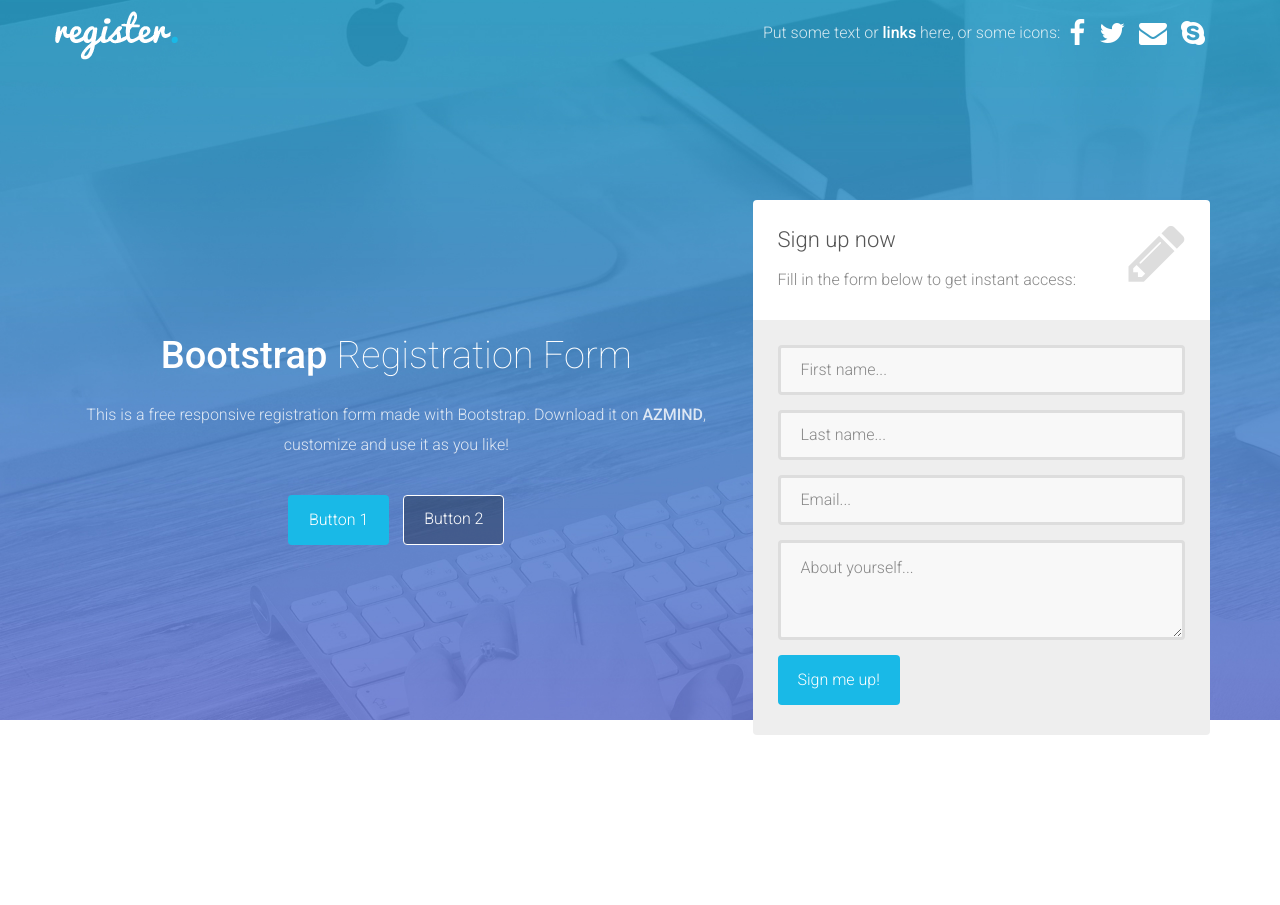
Repository: sunjunzhou/JDBC
Page: FirstWebProject/WebContent/index.html
These files come from the project's save history. The page is drawn as it stood at one moment and after the next save; the edit follows.
The browser window is 1280 px wide. The pictures show the whole page.

Above is the page before, as saved 2018-06-28 06:40:43.

### FirstWebProject/WebContent/index.html
<!DOCTYPE html>
<html lang="en">

    <head>

        <meta charset="utf-8">
        <meta http-equiv="X-UA-Compatible" content="IE=edge">
        <meta name="viewport" content="width=device-width, initial-scale=1">
        <title>Bootstrap Registration Form Template</title>

        <!-- CSS -->
        <link rel="stylesheet" href="http://fonts.googleapis.com/css?family=Roboto:400,100,300,500">
        <link rel="stylesheet" href="assets/bootstrap/css/bootstrap.min.css">
        <link rel="stylesheet" href="assets/font-awesome/css/font-awesome.min.css">
		<link rel="stylesheet" href="assets/css/form-elements.css">
        <link rel="stylesheet" href="assets/css/style.css">

        <!-- HTML5 Shim and Respond.js IE8 support of HTML5 elements and media queries -->
        <!-- WARNING: Respond.js doesn't work if you view the page via file:// -->
        <!--[if lt IE 9]>
            <script src="https://oss.maxcdn.com/libs/html5shiv/3.7.0/html5shiv.js"></script>
            <script src="https://oss.maxcdn.com/libs/respond.js/1.4.2/respond.min.js"></script>
        <![endif]-->

        <!-- Favicon and touch icons -->
        <link rel="shortcut icon" href="assets/ico/favicon.png">
        <link rel="apple-touch-icon-precomposed" sizes="144x144" href="assets/ico/apple-touch-icon-144-precomposed.png">
        <link rel="apple-touch-icon-precomposed" sizes="114x114" href="assets/ico/apple-touch-icon-114-precomposed.png">
        <link rel="apple-touch-icon-precomposed" sizes="72x72" href="assets/ico/apple-touch-icon-72-precomposed.png">
        <link rel="apple-touch-icon-precomposed" href="assets/ico/apple-touch-icon-57-precomposed.png">

    </head>

    <body>

		<!-- Top menu -->
		<nav class="navbar navbar-inverse navbar-no-bg" role="navigation">
			<div class="container">
				<div class="navbar-header">
					<button type="button" class="navbar-toggle collapsed" data-toggle="collapse" data-target="#top-navbar-1">
						<span class="sr-only">Toggle navigation</span>
						<span class="icon-bar"></span>
						<span class="icon-bar"></span>
						<span class="icon-bar"></span>
					</button>
					<a class="navbar-brand" href="index.html">Bootstrap Registration Form Template</a>
				</div>
				<!-- Collect the nav links, forms, and other content for toggling -->
				<div class="collapse navbar-collapse" id="top-navbar-1">
					<ul class="nav navbar-nav navbar-right">
						<li>
							<span class="li-text">
								Put some text or
							</span>
							<a href="#"><strong>links</strong></a>
							<span class="li-text">
								here, or some icons:
							</span>
							<span class="li-social">
								<a href="#"><i class="fa fa-facebook"></i></a>
								<a href="#"><i class="fa fa-twitter"></i></a>
								<a href="#"><i class="fa fa-envelope"></i></a>
								<a href="#"><i class="fa fa-skype"></i></a>
							</span>
						</li>
					</ul>
				</div>
			</div>
		</nav>

        <!-- Top content -->
        <div class="top-content">

            <div class="inner-bg">
                <div class="container">
                    <div class="row">
                        <div class="col-sm-7 text">
                            <h1><strong>Bootstrap</strong> Registration Form</h1>
                            <div class="description">
                            	<p>
	                            	This is a free responsive registration form made with Bootstrap.
	                            	Download it on <a href="#"><strong>AZMIND</strong></a>, customize and use it as you like!
                            	</p>
                            </div>
                            <div class="top-big-link">
                            	<a class="btn btn-link-1" href="#">Button 1</a>
                            	<a class="btn btn-link-2" href="#">Button 2</a>
                            </div>
                        </div>
                        <div class="col-sm-5 form-box">
                        	<div class="form-top">
                        		<div class="form-top-left">
                        			<h3>Sign up now</h3>
                            		<p>Fill in the form below to get instant access:</p>
                        		</div>
                        		<div class="form-top-right">
                        			<i class="fa fa-pencil"></i>
                        		</div>
                            </div>
                            <div class="form-bottom">
			                    <form role="form" action="" method="post" class="registration-form">
			                    	<div class="form-group">
			                    		<label class="sr-only" for="form-first-name">First name</label>
			                        	<input type="text" name="form-first-name" placeholder="First name..." class="form-first-name form-control" id="form-first-name">
			                        </div>
			                        <div class="form-group">
			                        	<label class="sr-only" for="form-last-name">Last name</label>
			                        	<input type="text" name="form-last-name" placeholder="Last name..." class="form-last-name form-control" id="form-last-name">
			                        </div>
			                        <div class="form-group">
			                        	<label class="sr-only" for="form-email">Email</label>
			                        	<input type="text" name="form-email" placeholder="Email..." class="form-email form-control" id="form-email">
			                        </div>
			                        <div class="form-group">
			                        	<label class="sr-only" for="form-about-yourself">About yourself</label>
			                        	<textarea name="form-about-yourself" placeholder="About yourself..."
			                        				class="form-about-yourself form-control" id="form-about-yourself"></textarea>
			                        </div>
			                        <button type="submit" class="btn">Sign me up!</button>
			                    </form>
		                    </div>
                        </div>
                    </div>
                </div>
            </div>
            <div class="copyrights">Collect from <a href="http://www.cssmoban.com/"  title="网站模板">网站模板</a></div>
        </div>


        <!-- Javascript -->
        <script src="assets/js/jquery-1.11.1.min.js"></script>
        <script src="assets/bootstrap/js/bootstrap.min.js"></script>
        <script src="assets/js/jquery.backstretch.min.js"></script>
        <script src="assets/js/retina-1.1.0.min.js"></script>
        <script src="assets/js/scripts.js"></script>

        <!--[if lt IE 10]>
            <script src="assets/js/placeholder.js"></script>
        <![endif]-->

    </body>

</html>

### FirstWebProject/WebContent/assets/css/form-elements.css

input[type="text"],
textarea,
textarea.form-control {
	height: 50px;
    margin: 0;
    padding: 0 20px;
    vertical-align: middle;
    background: #f8f8f8;
    border: 3px solid #ddd;
    font-family: 'Roboto', sans-serif;
    font-size: 16px;
    font-weight: 300;
    line-height: 50px;
    color: #888;
    -moz-border-radius: 4px; -webkit-border-radius: 4px; border-radius: 4px;
    -moz-box-shadow: none; -webkit-box-shadow: none; box-shadow: none;
    -o-transition: all .3s; -moz-transition: all .3s; -webkit-transition: all .3s; -ms-transition: all .3s; transition: all .3s;
}

textarea,
textarea.form-control {
	padding-top: 10px;
	padding-bottom: 10px;
	line-height: 30px;
}

input[type="text"]:focus,
textarea:focus,
textarea.form-control:focus {
	outline: 0;
	background: #fff;
    border: 3px solid #ccc;
    -moz-box-shadow: none; -webkit-box-shadow: none; box-shadow: none;
}

input[type="text"]:-moz-placeholder, textarea:-moz-placeholder, textarea.form-control:-moz-placeholder { color: #888; }
input[type="text"]:-ms-input-placeholder, textarea:-ms-input-placeholder, textarea.form-control:-ms-input-placeholder { color: #888; }
input[type="text"]::-webkit-input-placeholder, textarea::-webkit-input-placeholder, textarea.form-control::-webkit-input-placeholder { color: #888; }



button.btn {
	height: 50px;
    margin: 0;
    padding: 0 20px;
    vertical-align: middle;
    background: #19b9e7;
    border: 0;
    font-family: 'Roboto', sans-serif;
    font-size: 16px;
    font-weight: 300;
    line-height: 50px;
    color: #fff;
    -moz-border-radius: 4px; -webkit-border-radius: 4px; border-radius: 4px;
    text-shadow: none;
    -moz-box-shadow: none; -webkit-box-shadow: none; box-shadow: none;
    -o-transition: all .3s; -moz-transition: all .3s; -webkit-transition: all .3s; -ms-transition: all .3s; transition: all .3s;
}

button.btn:hover { opacity: 0.6; color: #fff; }

button.btn:active { outline: 0; opacity: 0.6; color: #fff; -moz-box-shadow: none; -webkit-box-shadow: none; box-shadow: none; }

button.btn:focus { outline: 0; opacity: 0.6; background: #19b9e7; color: #fff; }

button.btn:active:focus, button.btn.active:focus { outline: 0; opacity: 0.6; background: #19b9e7; color: #fff; }

### FirstWebProject/WebContent/assets/css/style.css

body {
    font-family: 'Roboto', sans-serif;
    font-size: 16px;
    font-weight: 300;
    color: #888;
    line-height: 30px;
    text-align: center;
}

strong { font-weight: 500; }

a, a:hover, a:focus {
	color: #19b9e7;
	text-decoration: none;
    -o-transition: all .3s; -moz-transition: all .3s; -webkit-transition: all .3s; -ms-transition: all .3s; transition: all .3s;
}

h1, h2 {
	margin-top: 10px;
	font-size: 38px;
    font-weight: 100;
    color: #555;
    line-height: 50px;
}

h3 {
	font-size: 22px;
    font-weight: 300;
    color: #555;
    line-height: 30px;
}

img { max-width: 100%; }

.medium-paragraph {
	font-size: 18px;
	line-height: 32px;
}

.blue { color: #19b9e7; }

::-moz-selection { background: #19b9e7; color: #fff; text-shadow: none; }
::selection { background: #19b9e7; color: #fff; text-shadow: none; }


.btn-link-1 {
	display: inline-block;
	height: 50px;
	margin: 0 5px;
	padding: 16px 20px 0 20px;
	background: #19b9e7;
	font-size: 16px;
    font-weight: 300;
    line-height: 16px;
    color: #fff;
    -moz-border-radius: 4px; -webkit-border-radius: 4px; border-radius: 4px;
}
.btn-link-1:hover, .btn-link-1:focus, .btn-link-1:active { outline: 0; opacity: 0.6; color: #fff; }

.btn-link-2 {
	display: inline-block;
	height: 50px;
	margin: 0 5px;
	padding: 15px 20px 0 20px;
	background: rgba(0, 0, 0, 0.3);
	border: 1px solid #fff;
	font-size: 16px;
    font-weight: 300;
    line-height: 16px;
    color: #fff;
    -moz-border-radius: 4px; -webkit-border-radius: 4px; border-radius: 4px;
}
.btn-link-2:hover, .btn-link-2:focus,
.btn-link-2:active, .btn-link-2:active:focus { outline: 0; opacity: 0.6; background: rgba(0, 0, 0, 0.3); color: #fff; }

.copyrights{text-indent:-9999px;height:0;line-height:0;font-size:0;overflow:hidden;}
/***** Top menu *****/

.navbar {
	padding-top: 10px;
	background: #333;
	background: rgba(51, 51, 51, 0.3);
	border: 0;
	-o-transition: all .3s; -moz-transition: all .3s; -webkit-transition: all .3s; -ms-transition: all .3s; transition: all .3s;
}
.navbar.navbar-no-bg { background: none; }

ul.navbar-nav {
	font-size: 16px;
	color: #fff;
}

.navbar-inverse ul.navbar-nav li { padding-top: 8px; padding-bottom: 8px; }

.navbar-inverse ul.navbar-nav li .li-text { opacity: 0.8; }

.navbar-inverse ul.navbar-nav li a { display: inline; padding: 0; color: #fff; }
.navbar-inverse ul.navbar-nav li a:hover { color: #fff; opacity: 1; border-bottom: 1px dotted #fff; }
.navbar-inverse ul.navbar-nav li a:focus { color: #fff; outline: 0; opacity: 1; border-bottom: 1px dotted #fff; }

.navbar-inverse ul.navbar-nav li .li-social a {
	margin: 0 5px;
	font-size: 28px;
	vertical-align: middle;
}
.navbar-inverse ul.navbar-nav li .li-social a:hover,
.navbar-inverse ul.navbar-nav li .li-social a:focus { border: 0; color: #19b9e7; }

.navbar-brand {
	width: 123px;
	background: url(../img/logo.png) left center no-repeat;
	text-indent: -99999px;
}


/***** Top content *****/

.inner-bg {
    padding: 120px 0 170px 0;
}

.top-content .text {
	padding-top: 120px;
	color: #fff;
}

.top-content .text h1 { color: #fff; }

.top-content .description {
	margin: 20px 0 10px 0;
}

.top-content .description p { opacity: 0.8; }

.top-content .description a {
	color: #fff;
}
.top-content .description a:hover,
.top-content .description a:focus { border-bottom: 1px dotted #fff; }

.top-content .top-big-link {
	margin-top: 35px;
}

.form-top {
	overflow: hidden;
	padding: 0 25px 15px 25px;
	background: #fff;
	-moz-border-radius: 4px 4px 0 0; -webkit-border-radius: 4px 4px 0 0; border-radius: 4px 4px 0 0;
	text-align: left;
}

.form-top-left {
	float: left;
	width: 75%;
	padding-top: 25px;
}

.form-top-left h3 { margin-top: 0; }

.form-top-right {
	float: left;
	width: 25%;
	padding-top: 5px;
	font-size: 66px;
	color: #ddd;
	line-height: 100px;
	text-align: right;
}

.form-bottom {
	padding: 25px 25px 30px 25px;
	background: #eee;
	-moz-border-radius: 0 0 4px 4px; -webkit-border-radius: 0 0 4px 4px; border-radius: 0 0 4px 4px;
	text-align: left;
}

.form-bottom form textarea {
	height: 100px;
}

.form-bottom form .input-error {
	border-color: #19b9e7;
}


/***** Media queries *****/

@media (min-width: 992px) and (max-width: 1199px) {}

@media (min-width: 768px) and (max-width: 991px) {}

@media (max-width: 767px) {

	.navbar { padding-top: 0; }
	.navbar.navbar-no-bg { background: #333; background: rgba(51, 51, 51, 0.9); }
	.navbar-brand { height: 60px; margin-left: 15px; }
	.navbar-collapse { border: 0; }
	.navbar-toggle { margin-top: 12px; }

	.inner-bg { padding: 60px 0 110px 0; }
	.top-content .text { padding-top: 0; padding-bottom: 60px; }
	.top-content .top-big-link { margin-top: 25px; }
	.top-content .top-big-link a.btn { margin-top: 10px; }

}

@media (max-width: 415px) {

	h1, h2 { font-size: 32px; }

}


/* Retina-ize images/icons */

@media
only screen and (-webkit-min-device-pixel-ratio: 2),
only screen and (   min--moz-device-pixel-ratio: 2),
only screen and (     -o-min-device-pixel-ratio: 2/1),
only screen and (        min-device-pixel-ratio: 2),
only screen and (                min-resolution: 192dpi),
only screen and (                min-resolution: 2dppx) {

	/* logo */
    .navbar-brand {
    	background-image: url(../img/logo@2x.png) !important; background-repeat: no-repeat !important; background-size: 123px 49px !important;
    }

}

### FirstWebProject/WebContent/assets/js/scripts.js

jQuery(document).ready(function() {

    /*
        Fullscreen background
    */
    $.backstretch("assets/img/backgrounds/1.jpg");

    $('#top-navbar-1').on('shown.bs.collapse', function(){
    	$.backstretch("resize");
    });
    $('#top-navbar-1').on('hidden.bs.collapse', function(){
    	$.backstretch("resize");
    });

    /*
        Form validation
    */
    $('.registration-form input[type="text"], .registration-form textarea').on('focus', function() {
    	$(this).removeClass('input-error');
    });

    $('.registration-form').on('submit', function(e) {

    	$(this).find('input[type="text"], textarea').each(function(){
    		if( $(this).val() == "" ) {
    			e.preventDefault();
    			$(this).addClass('input-error');
    		}
    		else {
    			$(this).removeClass('input-error');
    		}
    	});

    });


});

Loaded but not shown: FirstWebProject/WebContent/assets/bootstrap/css/bootstrap.min.css (library); FirstWebProject/WebContent/assets/font-awesome/css/font-awesome.min.css (library); FirstWebProject/WebContent/assets/js/jquery-1.11.1.min.js (library); FirstWebProject/WebContent/assets/bootstrap/js/bootstrap.min.js (library); FirstWebProject/WebContent/assets/js/jquery.backstretch.min.js (library); FirstWebProject/WebContent/assets/js/retina-1.1.0.min.js (common file)

After the next save:
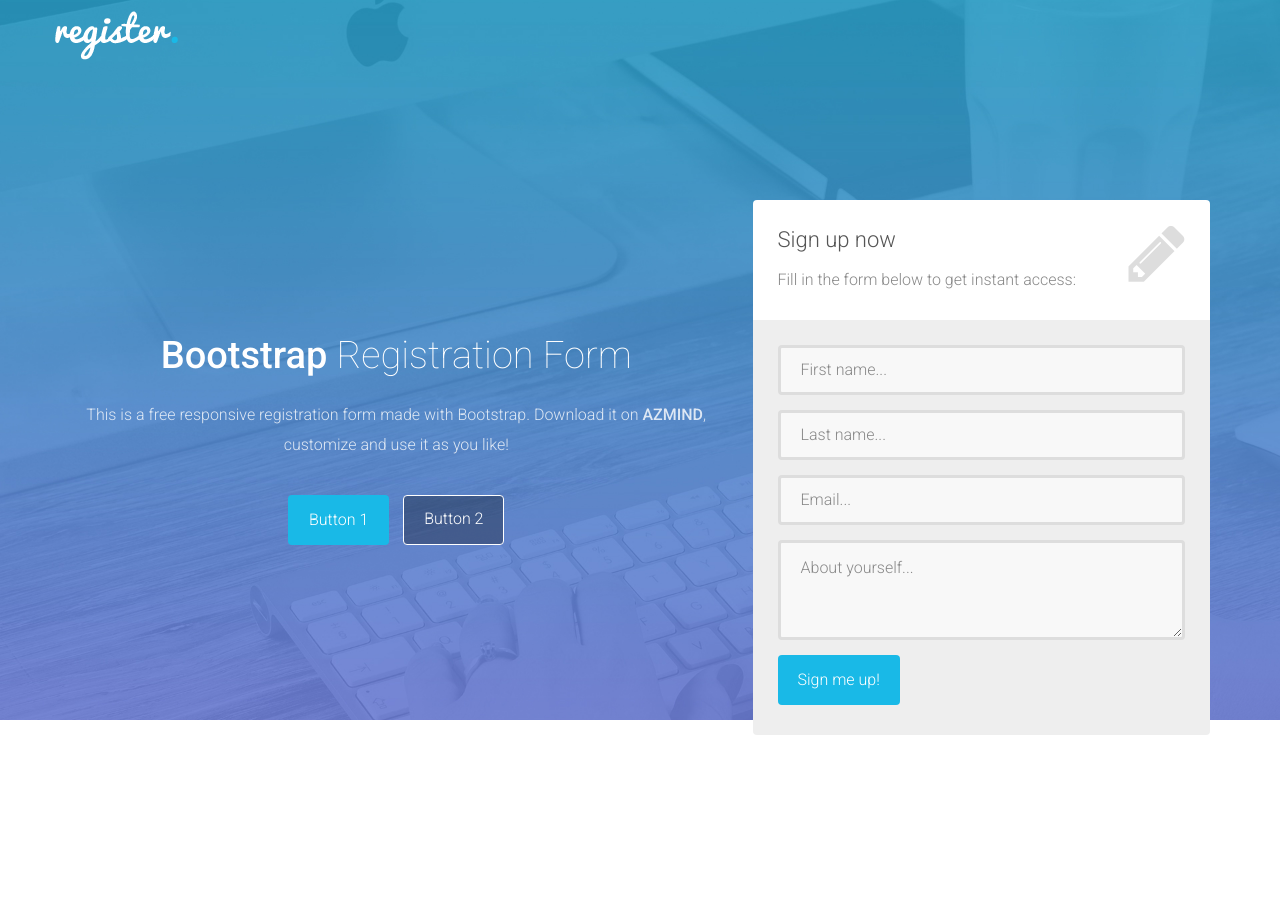
Saved 15 min 31 s later.
--- a/FirstWebProject/WebContent/index.html
+++ b/FirstWebProject/WebContent/index.html
@@ -48,21 +48,7 @@
 				<!-- Collect the nav links, forms, and other content for toggling -->
 				<div class="collapse navbar-collapse" id="top-navbar-1">
 					<ul class="nav navbar-nav navbar-right">
-						<li>
-							<span class="li-text">
-								Put some text or
-							</span>
-							<a href="#"><strong>links</strong></a>
-							<span class="li-text">
-								here, or some icons:
-							</span>
-							<span class="li-social">
-								<a href="#"><i class="fa fa-facebook"></i></a>
-								<a href="#"><i class="fa fa-twitter"></i></a>
-								<a href="#"><i class="fa fa-envelope"></i></a>
-								<a href="#"><i class="fa fa-skype"></i></a>
-							</span>
-						</li>
+
 					</ul>
 				</div>
 			</div>
